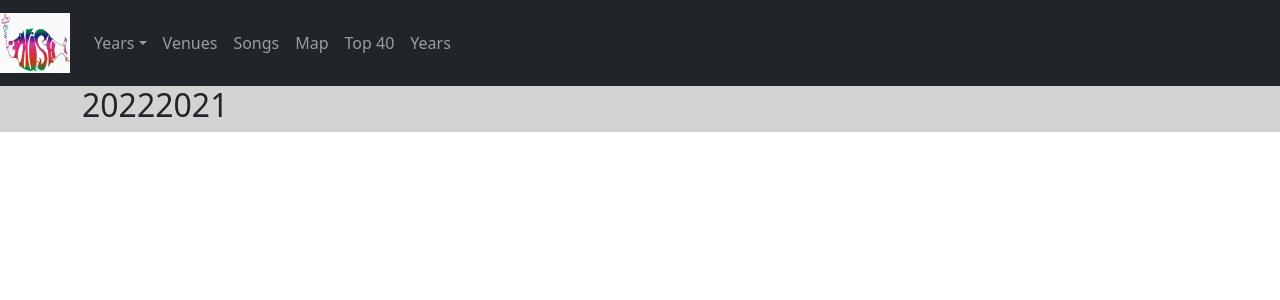
Repository: Jcparks84/gonePhishin
Page: / (app in my-app/)
The author's editor kept a copy of each file at every save. The page is drawn from the files as they stood at one save, then again after the next save.
The browser window is 1280 px wide. The pictures show the whole page.
The page's requests for data from a server got no answer. The project was rebuilt for these pictures with package versions that can differ from the ones it lists, and the page was loaded fresh each time. No one was signed in, and anything a server would have sent is missing. Also part of the build but not shown: my-app/src/components/audioPlayer/audioPlayer.js.

Above is the page before, as saved 2022-08-16 18:11:56.

### my-app/src/App.js
import './App.css';
import AudioPlayer from './components/audioPlayer/audioPlayer';
import Navbar from './components/navbar/navBar'
import YearPage from './pages/yearPage/yearPage';



function App() {
  const apiKey = process.env.REACT_APP_API_KEY


  return (
    <div className="App">
      <div>
      <Navbar fixed="top" />
      </div>
      <div>
        <YearPage/>
      </div>
      <div>
        {/* <AudioPlayer/> */}
      </div>

    </div>

  );
}

export default App;

### my-app/src/App.css
.App {
  text-align: center;
  background-color: #d3d3d3;
}

.App-logo {
  height: 40vmin;
  pointer-events: none;
}

@media (prefers-reduced-motion: no-preference) {
  .App-logo {
    animation: App-logo-spin infinite 20s linear;
  }
}

.App-header {
  background-color: #282c34;
  min-height: 100vh;
  display: flex;
  flex-direction: column;
  align-items: center;
  justify-content: center;
  font-size: calc(10px + 2vmin);
  color: white;
}

.App-link {
  color: #61dafb;
}

@keyframes App-logo-spin {
  from {
    transform: rotate(0deg);
  }
  to {
    transform: rotate(360deg);
  }
}

### my-app/src/components/navbar/navBar.js
import logo from '../images/phish.png'
import './navBar.css';
import 'bootstrap/dist/css/bootstrap.css'
import { Nav, Navbar, NavDropdown } from 'react-bootstrap'
import AudioPlayer from '../audioPlayer/audioPlayer';
import YearPage from '../../pages/yearPage/yearPage';



function NavBar() {
  return (
    <div className="navBar">
      <Navbar bg="dark" variant="dark"
        sticky="top" expand="sm" collapseOnSelect>
        <Navbar.Brand>
          <img src={logo} width="70px" height="60px" />{' '}
        </Navbar.Brand>

        <Navbar.Toggle className="coloring" />
        <Navbar.Collapse>
          <Nav>
            <NavDropdown title="Years">
              <NavDropdown.Item href="#years/2021">2021</NavDropdown.Item>
              <NavDropdown.Item href="#years/2020">2020</NavDropdown.Item>
              <NavDropdown.Item href="#years/2019">2019</NavDropdown.Item>
            </NavDropdown>
            <Nav.Link href="#Venues">Venues</Nav.Link>
            <Nav.Link href="#contact-us">Songs</Nav.Link>
            <Nav.Link href="#contact-us">Map</Nav.Link>
            <Nav.Link href="#contact-us">Top 40</Nav.Link>
            <Nav.Link path="#years">{YearPage}Years</Nav.Link>

          </Nav>
        </Navbar.Collapse>

      </Navbar>
    </div>
  );
}


export default NavBar;

### my-app/src/pages/yearPage/yearPage.js
import React from 'react'
import './yearPage.css'


function YearPage(){
    return(
        <div className='container'>
            <h2>2022</h2>
            <h2>2021</h2>
        </div>
    )
}

export default YearPage;

### my-app/src/components/navbar/navBar.css
.bg-myRed{
    background-color: crimson;
  }

  .content{
    padding: 12px;
    height: 3000px;
  }

  .coloring{
    color: black;
  }

  nav.link {
    align-items: center;
  }

### my-app/src/pages/yearPage/yearPage.css

.container {
    display: flex;
}

h2 {
    text-align: left;
}

Loaded but not shown: my-app/public/index.html (common file); my-app/src/index.js (common file); my-app/src/index.css (common file); my-app/src/reportWebVitals.js (common file)

After the next save:
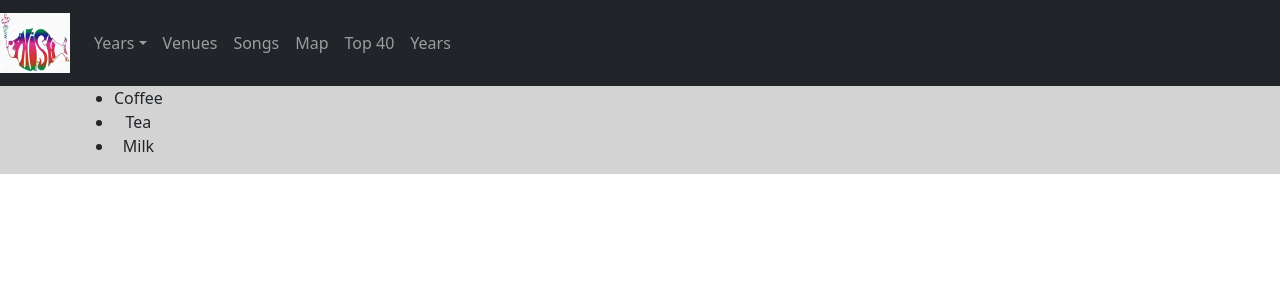
Saved 6 s later.
--- a/my-app/src/pages/yearPage/yearPage.js
+++ b/my-app/src/pages/yearPage/yearPage.js
@@ -5,8 +5,11 @@ import './yearPage.css'
 function YearPage(){
     return(
         <div className='container'>
-            <h2>2022</h2>
-            <h2>2021</h2>
+            <ul>
+  <li>Coffee</li>
+  <li>Tea</li>
+  <li>Milk</li>
+</ul>
         </div>
     )
 }
